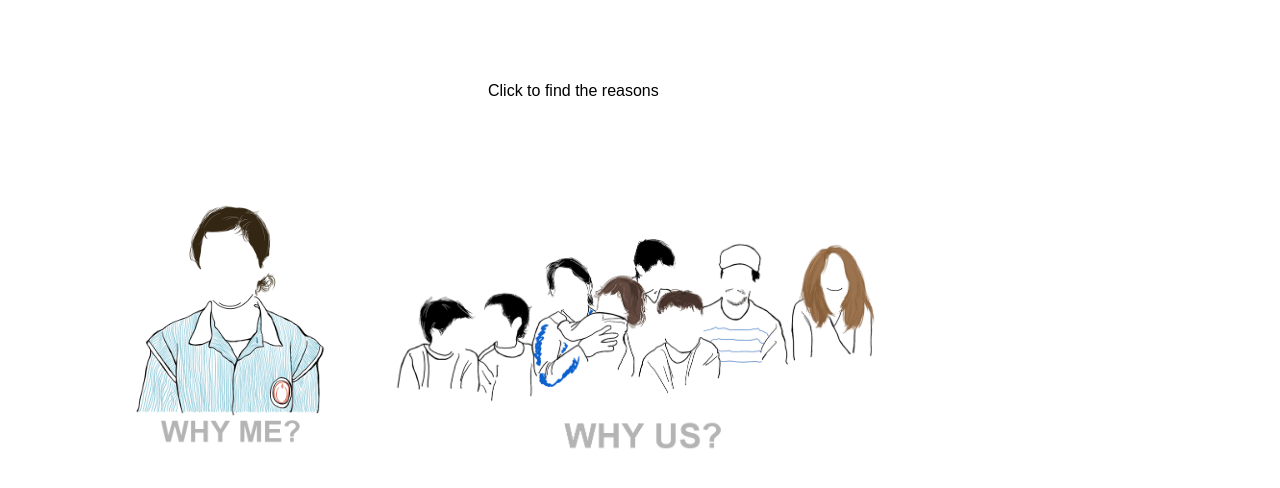
Repository: Lettie123/webpr4
Page: 04.html
An editor plug-in stored every save of this project. The page is shown before and after the next save, followed by the edit.
The browser window is 1280 px wide. The pictures show the whole page.

Above is the page before, as saved 2020-11-24 00:01:02.

### 04.html
<html>
    <head>
        <meta charset="UTF-8">
        <meta name="viewport" content="width=device-width,initial-scale=1" />
        <meta name="viewport" content="width=device-width,initial-scale=1.0,maximum-scale=1.0,user-scalable=no">
        <link rel="stylesheet" type="text/css" href="style05.css">

    </head>

    <body>
        <div id="r01">
            <span>
                <img src="pepic/r01.png" style="width:100%">
            </span>
        </div>

        <div id="r02">
            <span>
                <img src="pepic/r02.png" style="width:100%">
            </span>
        </div>

        <div id="txt">
            <div id="t1" style= "position:absolute; top: 20%; left: 30%;">
            <h1 style="font-size:16px; font-weight: normal; line-height: 24px;">
                Click to find the reasons
            </h1>
            </div>
         </div>
    </body>

### style05.css
body {
	overflow:scroll;
    overflow-y:hidden;
    overflow-x:hidden;
}

#r01{
    width: 250px;
    height: 250px;
	position: absolute;
	left: 18%;
	top: 45%;
    transform: translate(-50%,-50%);
    color: #B4B4B4;
}
#r02{
    width: 500px;
    height: 500px;
	position: absolute;
	left: 50%;
	top: 58%;
    transform: translate(-50%,-50%);
    color: #B4B4B4;
}
#txt{
    height:300px;
    width:1600px;
    text-align: center;
	border-radius: 10px;
	position: absolute;
    font-family: Arial;
    color:black;
}

After the next save:
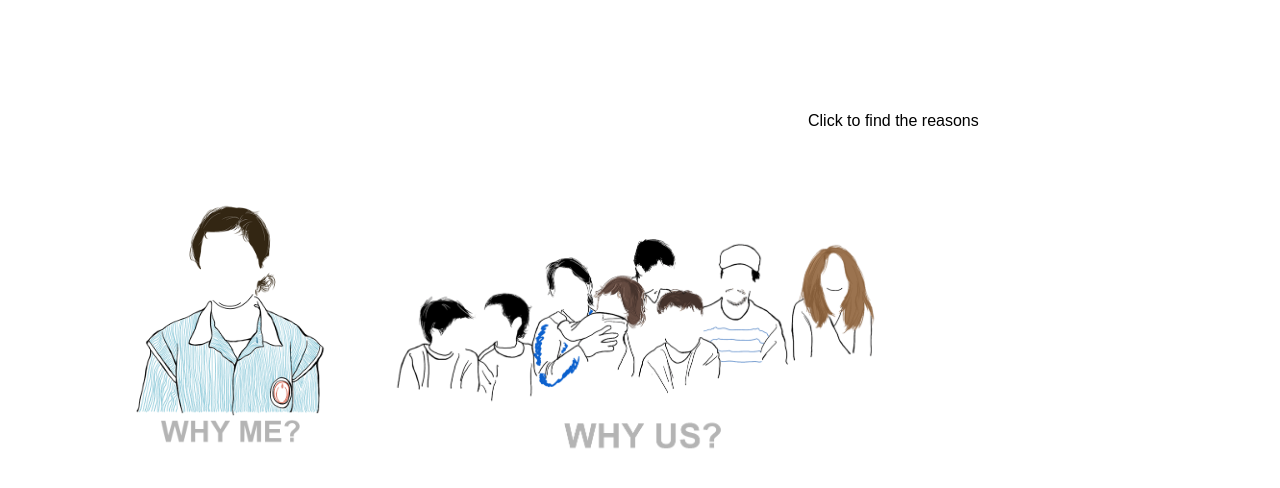
Saved 92 s later.
--- a/04.html
+++ b/04.html
@@ -21,7 +21,7 @@
         </div>
 
         <div id="txt">
-            <div id="t1" style= "position:absolute; top: 20%; left: 30%;">
+            <div id="t1" style= "position:absolute; top: 30%; left: 50%;">
             <h1 style="font-size:16px; font-weight: normal; line-height: 24px;">
                 Click to find the reasons
             </h1>
